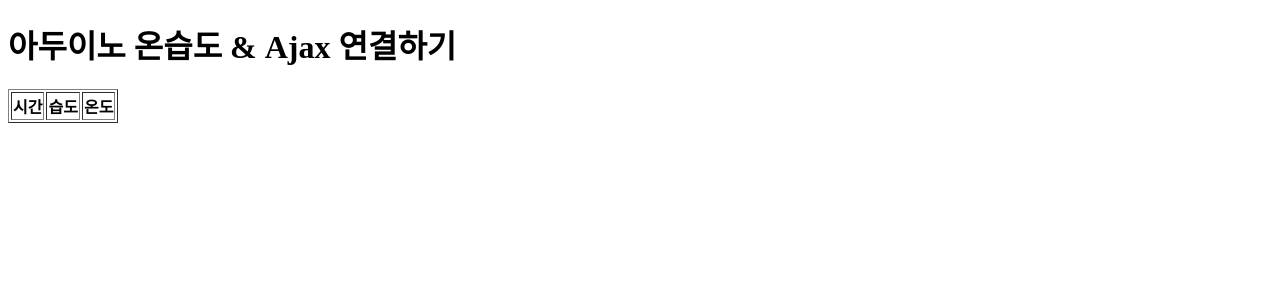
Repository: lafayetteey/WorkSpace
Page: http://localhost/testAduino/views/part2_DHT11_Control.jsp
The author's editor kept a copy of each file at every save. The page is drawn from the files as they stood at one save, then again after the next save.
The browser window is 1280 px wide. The pictures show the whole page.
The page is served by Tomcat 9.

Above is the page before, as saved 2020-08-05 01:40:10.

After the next save:
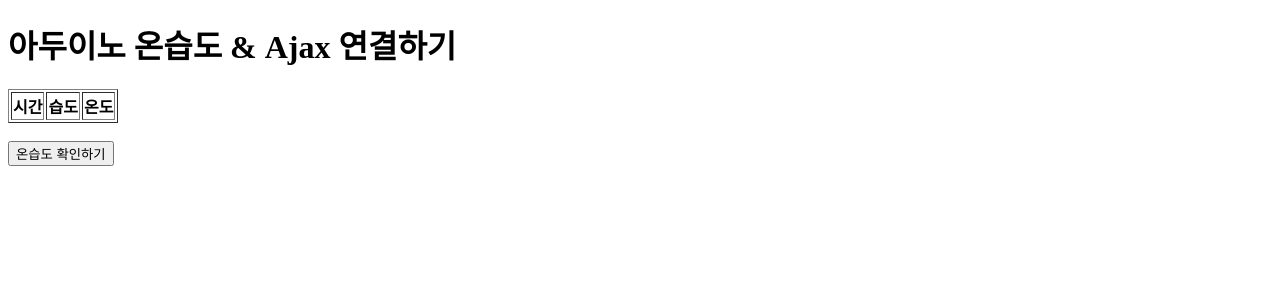
Saved 83 s later.
--- a/workspace_Aduino/testAduino/WebContent/views/part2_DHT11_Control.jsp
+++ b/workspace_Aduino/testAduino/WebContent/views/part2_DHT11_Control.jsp
@@ -20,5 +20,7 @@
 
 		</tbody>
 	</table>
+	<br>
+	<button type="button" id="checkDHT">온습도 확인하기</button>
 </body>
 </html>
